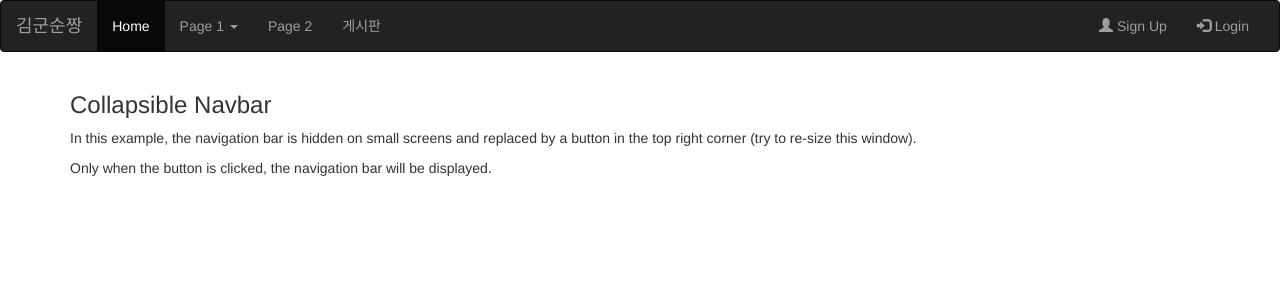
Repository: SeeUSoon93/Spring
Page: http://localhost/SpringMVC03/WEB-INF/views/index.jsp
An editor plug-in stored every save of this project. The page is shown before and after the next save, followed by the edit.
The browser window is 1280 px wide. The pictures show the whole page.
The page is served by Tomcat 9. Nobody is signed in. Other server files are loaded and not shown. The template is opened directly, without the code that normally fills it, so the values that code supplies are empty.

Above is the page before, as saved 2023-10-06 02:47:54.

### SpringMVC03/src/main/webapp/WEB-INF/views/index.jsp
<%@ page language="java" contentType="text/html; charset=UTF-8"
    pageEncoding="UTF-8"%>
<%@ taglib prefix="c" uri="http://java.sun.com/jsp/jstl/core" %>
<!DOCTYPE html>
<html lang="en">
<head>
  <title>SpringMVC03</title>
  <meta charset="utf-8">
  <meta name="viewport" content="width=device-width, initial-scale=1">

</head>
<body>

	<jsp:include page="common/header.jsp"></jsp:include>

<div class="container">
  <h3>Collapsible Navbar</h3>
  <p>In this example, the navigation bar is hidden on small screens and replaced by a button in the top right corner (try to re-size this window).
  <p>Only when the button is clicked, the navigation bar will be displayed.</p>
</div>

</body>
</html>

### SpringMVC03/src/main/webapp/WEB-INF/views/common/header.jsp
<%@ page language="java" contentType="text/html; charset=UTF-8"
    pageEncoding="UTF-8"%>
<!DOCTYPE html>
<html lang="en">
<head>
  <title>SpringMVC03</title>
  <meta charset="utf-8">
  <meta name="viewport" content="width=device-width, initial-scale=1">
    <link rel="stylesheet" href="https://maxcdn.bootstrapcdn.com/bootstrap/3.4.1/css/bootstrap.min.css">
  <script src="https://ajax.googleapis.com/ajax/libs/jquery/3.6.4/jquery.min.js"></script>
  <script src="https://maxcdn.bootstrapcdn.com/bootstrap/3.4.1/js/bootstrap.min.js"></script>
</head>
<body>


<nav class="navbar navbar-inverse">
  <div class="container-fluid">
    <div class="navbar-header">
      <button type="button" class="navbar-toggle" data-toggle="collapse" data-target="#myNavbar">
        <span class="icon-bar"></span>
        <span class="icon-bar"></span>
        <span class="icon-bar"></span>
      </button>
      <a class="navbar-brand" href="#">김군순짱</a>
    </div>
    <div class="collapse navbar-collapse" id="myNavbar">
      <ul class="nav navbar-nav">
        <li class="active"><a href="#">Home</a></li>
        <li class="dropdown">
          <a class="dropdown-toggle" data-toggle="dropdown" href="#">Page 1 <span class="caret"></span></a>
          <ul class="dropdown-menu">
            <li><a href="#">Page 1-1</a></li>
            <li><a href="#">Page 1-2</a></li>
            <li><a href="#">Page 1-3</a></li>
          </ul>
        </li>
        <li><a href="#">Page 2</a></li>
        <li><a href="boardMain.do">게시판</a></li>
      </ul>
      <ul class="nav navbar-nav navbar-right">
        <li><a href="#"><span class="glyphicon glyphicon-user"></span> Sign Up</a></li>
        <li><a href="#"><span class="glyphicon glyphicon-log-in"></span> Login</a></li>
      </ul>
    </div>
  </div>
</nav>

</body>
</html>

After the next save:
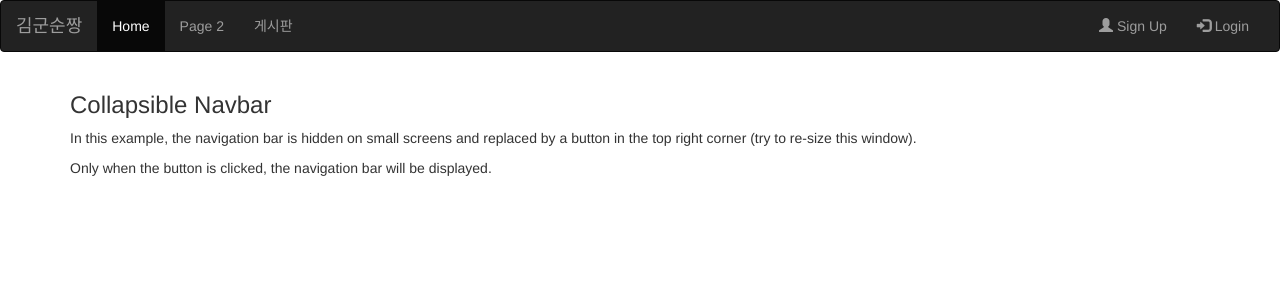
Saved 36 s later.
--- a/SpringMVC03/src/main/webapp/WEB-INF/views/common/header.jsp
+++ b/SpringMVC03/src/main/webapp/WEB-INF/views/common/header.jsp
@@ -26,14 +26,6 @@
     <div class="collapse navbar-collapse" id="myNavbar">
       <ul class="nav navbar-nav">
         <li class="active"><a href="#">Home</a></li>
-        <li class="dropdown">
-          <a class="dropdown-toggle" data-toggle="dropdown" href="#">Page 1 <span class="caret"></span></a>
-          <ul class="dropdown-menu">
-            <li><a href="#">Page 1-1</a></li>
-            <li><a href="#">Page 1-2</a></li>
-            <li><a href="#">Page 1-3</a></li>
-          </ul>
-        </li>
         <li><a href="#">Page 2</a></li>
         <li><a href="boardMain.do">게시판</a></li>
       </ul>
